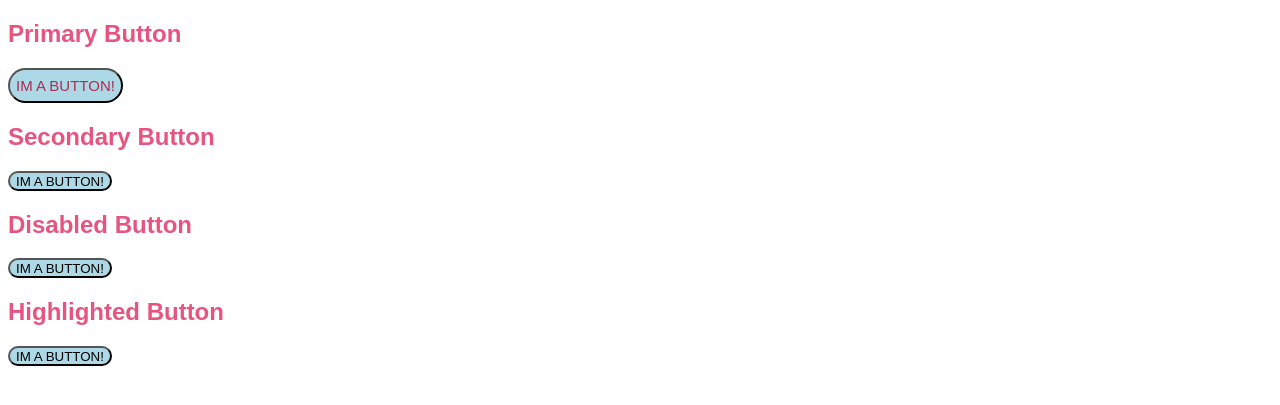
Repository: Jvien2/3126-repo
Page: index.html
The author's editor kept a copy of each file at every save. The page is drawn from the files as they stood at one save, then again after the next save.
The browser window is 1280 px wide. The pictures show the whole page.

Above is the page before, as saved 2026-10-01 01:04:08.
Not found: code.js

After the next save:
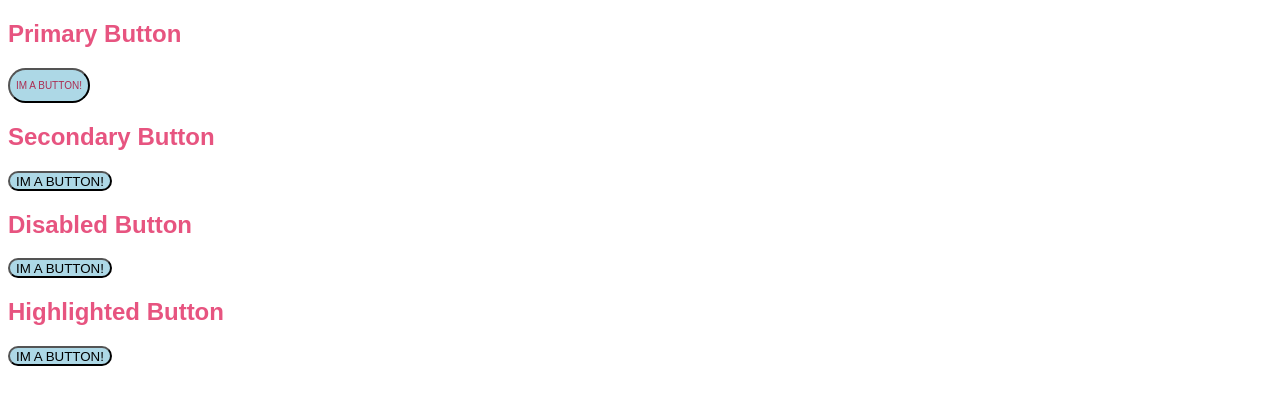
Saved 6 s later.
--- a/style.css
+++ b/style.css
@@ -13,6 +13,6 @@ h2 {
 .btn-primary {
     color:#ab2e53;
     height: 35px;
-    font-size: 15px
+    font-size: 10px
 
 }
